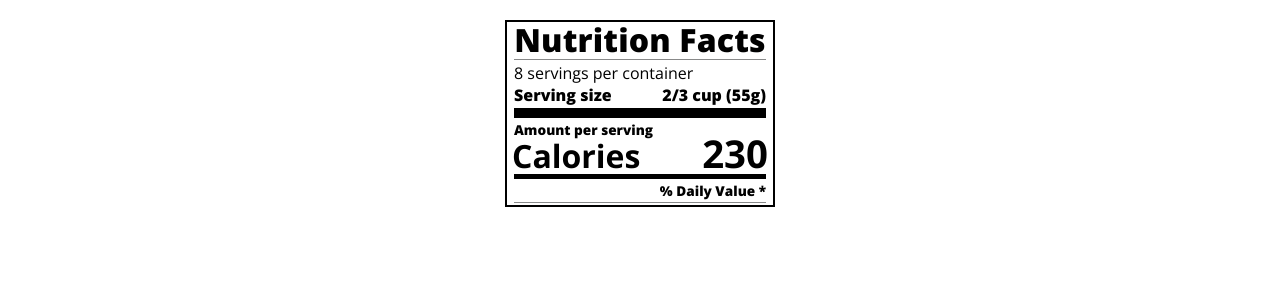
Repository: AimenDje/NutritionLabel
Page: index.html
An editor plug-in stored every save of this project. The page is shown before and after the next save, followed by the edit.
The browser window is 1280 px wide. The pictures show the whole page.

Above is the page before, as saved 2025-08-30 22:38:36.

### index.html
<!DOCTYPE html>
<html lang="en">

<head>
  <meta charset="UTF-8">
  <title>Nutrition Label</title>
  <link rel="stylesheet" href="https://fonts.googleapis.com/css?family=Open+Sans:400,700,800">
  <link rel="stylesheet" href="styles.css">

</head>

<body>
  <div class="label">
    <header>
      <h1 class="bold">Nutrition Facts</h1>
      <div class="divider"></div>
      <p>8 servings per container</p>
      <p class="bold">Serving size <span>2/3 cup (55g)</span></p>
    </header>
    <div class="divider large"> </div>
     <div class="calories-info">
      <div class="left-container">
        <h2 class="bold small-text">Amount per serving</h2>
        <p> Calories</p>
      </div>
      <span> 230 </span>
    </div>
    <div class="divider medium"></div>
    <div class="daily-value small-text">
       <p class="bold right">% Daily Value *</p>
       <div class="divider"></div>
    </div>
  </div>
  </div>
</body>
</html>

### styles.css
*{
  box-sizing: border-box;
}

body{
  font-family:"Open Sans", sans-serif;
}

html{
  font-size:16px;
}

.label {
  border: 2px solid black;
  width: 270px;
  margin: 20px auto;
  padding : 0 7px;
}

header h1 {
  text-align: center;
  margin : -4px 0;
  letter-spacing : 0.15px;
}

p{
  margin : 0;
  display:flex;
  justify-content: space-between;
}

.divider{
  border-bottom: 1px solid #888989;
  margin : 2px 0;
}

.bold{
  font-weight: 800;
}

.large{
  height:10px;

}
.large, .medium{
  background-color:black;
  border:0;
}

.small-text{
  font-size: 0.85rem;
}

.calories-info h2{
  margin:0;
}

.calories-info{
  display:flex;
  justify-content:space-between;
  align-items:flex-end;
}

.left-container p{
  margin:-5px -2px;
  font-size: 2em;
  font-weight:700;
}

.calories-info span {
  font-size: 2.4em;
  font-weight: 700;
  margin : -7px -2px;
}

.medium{
  height:5px;
}

.right{
  justify-content: flex-end ;
}

After the next save:
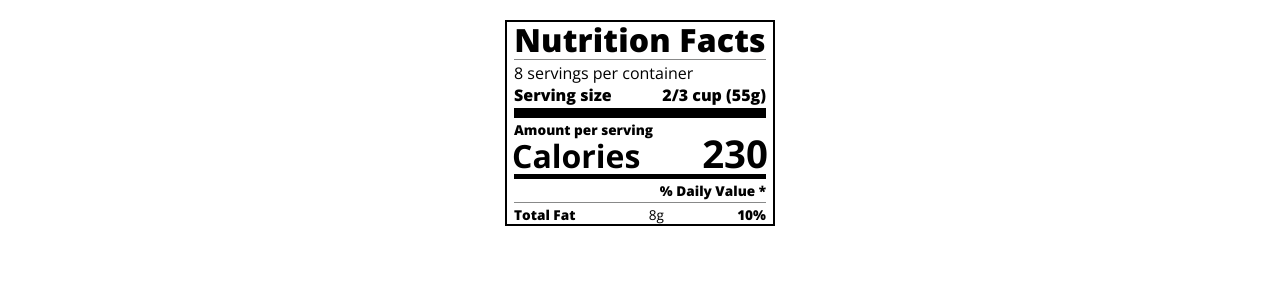
Saved 2 min 23 s later.
--- a/index.html
+++ b/index.html
@@ -27,8 +27,9 @@
     </div>
     <div class="divider medium"></div>
     <div class="daily-value small-text">
-       <p class="bold right">% Daily Value *</p>
-       <div class="divider"></div>
+      <p class="bold right">% Daily Value *</p>
+      <div class="divider"></div>
+      <p> <span class="bold">Total Fat</span> 8g<span class="bold"> 10% </span></p>
     </div>
   </div>
   </div>
